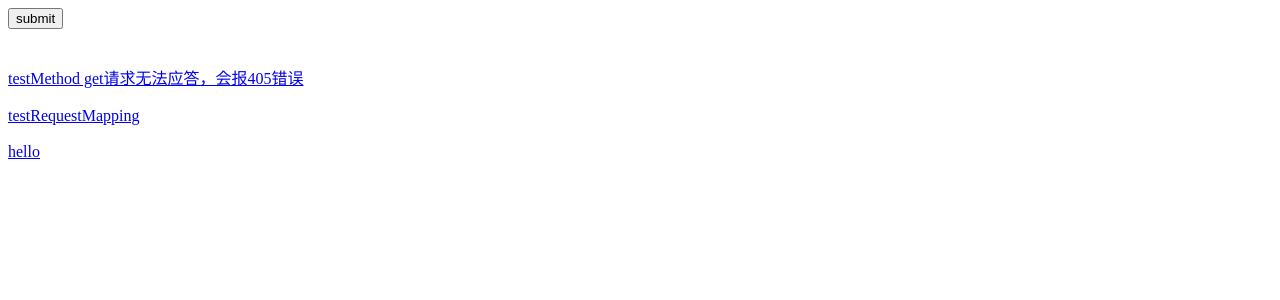
Repository: Gxxxx1989/SpringMVC
Page: http://localhost/springmvc-1/
An editor plug-in stored every save of this project. The page is shown before and after the next save, followed by the edit.
The browser window is 1280 px wide. The pictures show the whole page.
The page is served by Tomcat 9. Other server files are loaded and not shown.

Above is the page before, as saved 2019-03-25 09:21:53.

### springmvc-1/WebContent/index.jsp
<%@ page language="java" contentType="text/html; charset=utf-8"
    pageEncoding="utf-8"%>
<!DOCTYPE html PUBLIC "-//W3C//DTD HTML 4.01 Transitional//EN" "http://www.w3.org/TR/html4/loose.dtd">
<html>
<head>
<meta http-equiv="Content-Type" content="text/html; charset=ISO-8859-1">
<title>Insert title here</title>
</head>
<body>

	<form action="springmvc/testMethod" method="post">
		<input type="submit" value="submit">
	</form>
	<br><br>
	<a href="springmvc/testMethod">testMethod get请求无法应答，会报405错误</a><!-- get请求无法应答 -->
	<br><br>
	<a href="springmvc/testRequestMapping">testRequestMapping </a>
	<br><br>
	<!-- 和controller中请求一致 -->
	<a href="hello">hello</a>
</body>
</html>

After the next save:
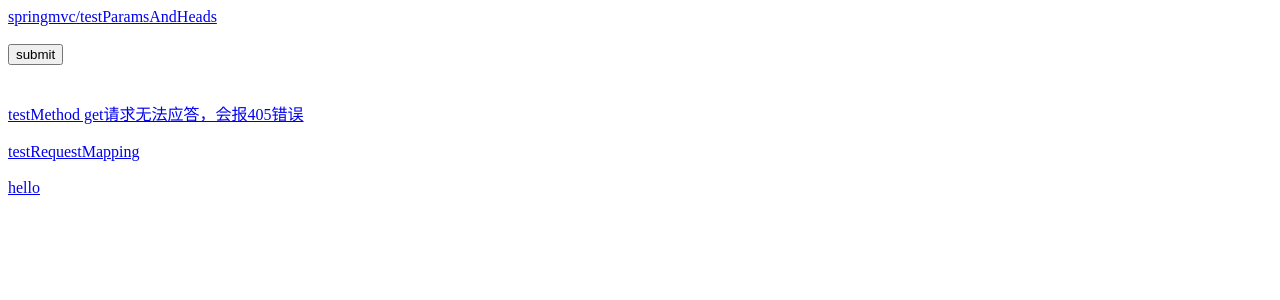
Saved 102 s later.
--- a/springmvc-1/WebContent/index.jsp
+++ b/springmvc-1/WebContent/index.jsp
@@ -8,6 +8,8 @@
 </head>
 <body>
 
+	<a href="springmvc/testMethod">springmvc/testParamsAndHeads</a>
+	<br><br>
 	<form action="springmvc/testMethod" method="post">
 		<input type="submit" value="submit">
 	</form>
